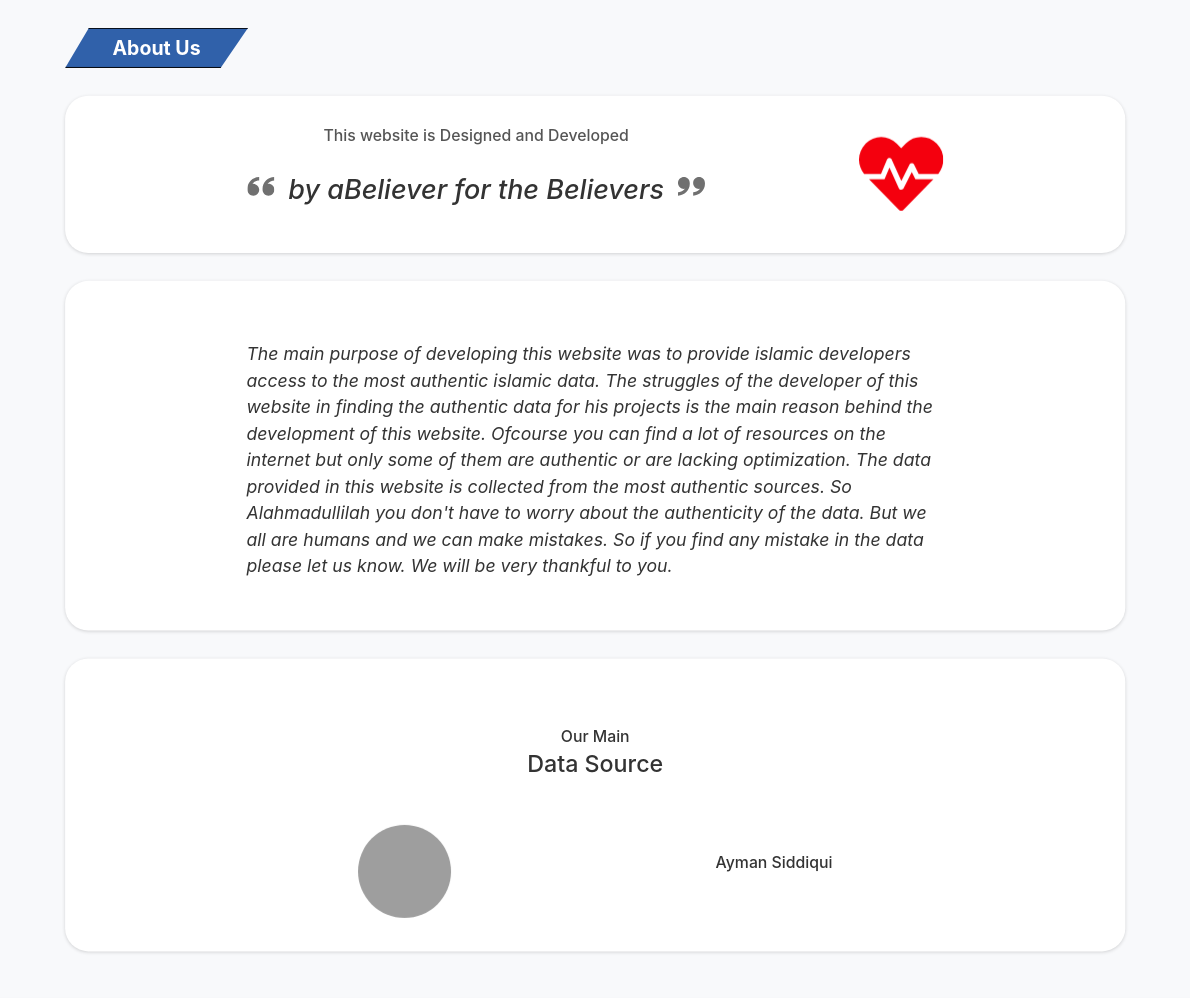
Repository: SpicierEwe/islamic-dev-repo
Page: /legal/about_us
These files come from the project's save history. The page is drawn as it stood at one moment and after the next save; the edit follows.
The browser window is 1280 px wide. The pictures show the whole page, at 93% of full size.
Pictures or frames that could not be fetched are drawn as grey boxes. The project was rebuilt for these pictures with package versions that can differ from the ones it lists, and the page was loaded fresh each time. The framework's server and built-in components were replaced by stand-ins that run in the browser. Also part of the build but not shown: next.config.js.

Above is the page before, as saved 2022-09-16 18:27:58.

After the next save:
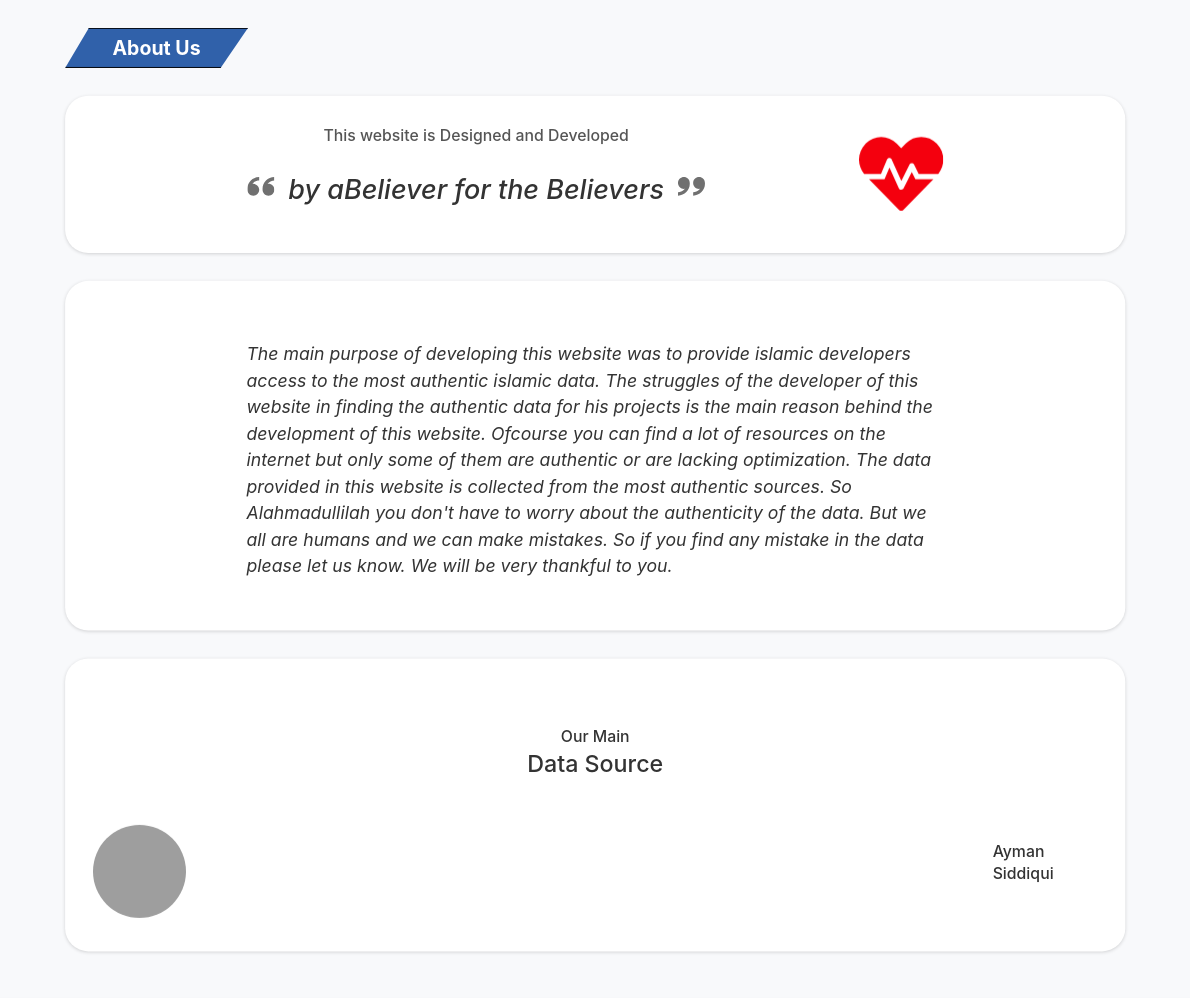
Saved 12 s later.
--- a/components/legal/about_us/about_us.js
+++ b/components/legal/about_us/about_us.js
@@ -47,7 +47,7 @@ export default function AboutUs(props) {
         </p>
         {/* data resource description */}
         <div className={styles.resourcer_container}>
-          <div>
+          <div className={styles.resourcer_image}>
             <Image
               className={styles.resourcer_image}
               src={
